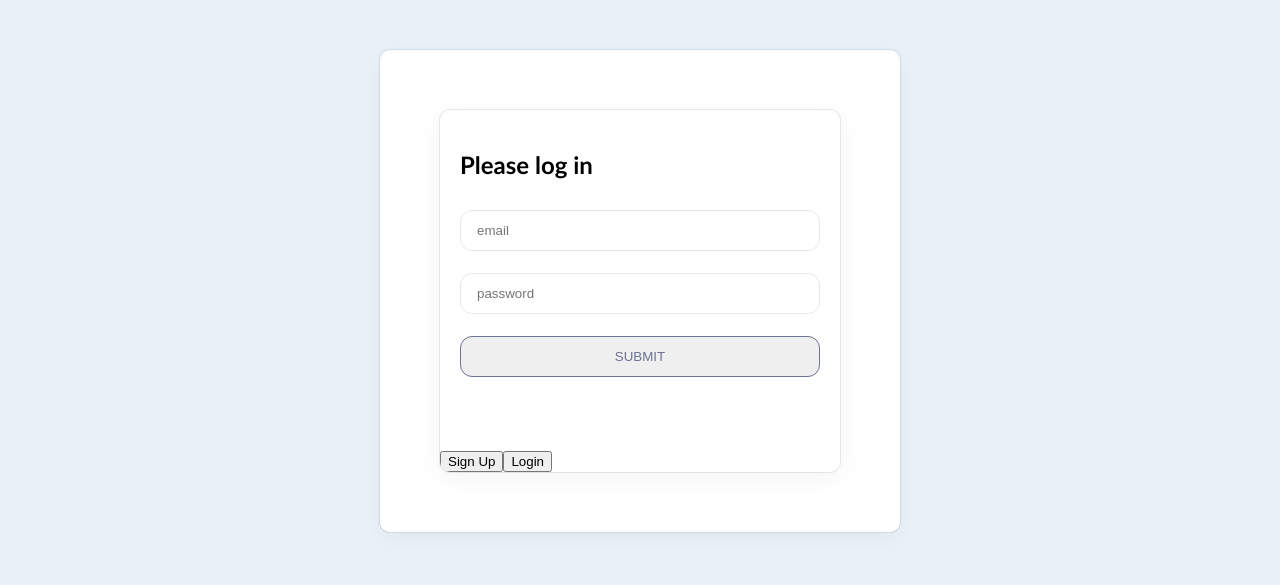
Repository: mosesvk/_todo
Page: / (app in client/)
An editor plug-in stored every save of this project. The page is shown before and after the next save, followed by the edit.
The browser window is 1280 px wide. The pictures show the whole page.
The project was rebuilt for these pictures with package versions that can differ from the ones it lists, and the page was loaded fresh each time. Also part of the build but not shown: client/vite.config.js, client/src/components/Modal.jsx, client/src/components/ListHeader.jsx, client/src/components/ProgressBar.jsx, client/src/components/ListItem.jsx. Imported but missing from the stored project, and not drawn on this page: client/src/components/TickIcon.

Above is the page before, as saved 2023-05-06 17:38:04.

After the next save:
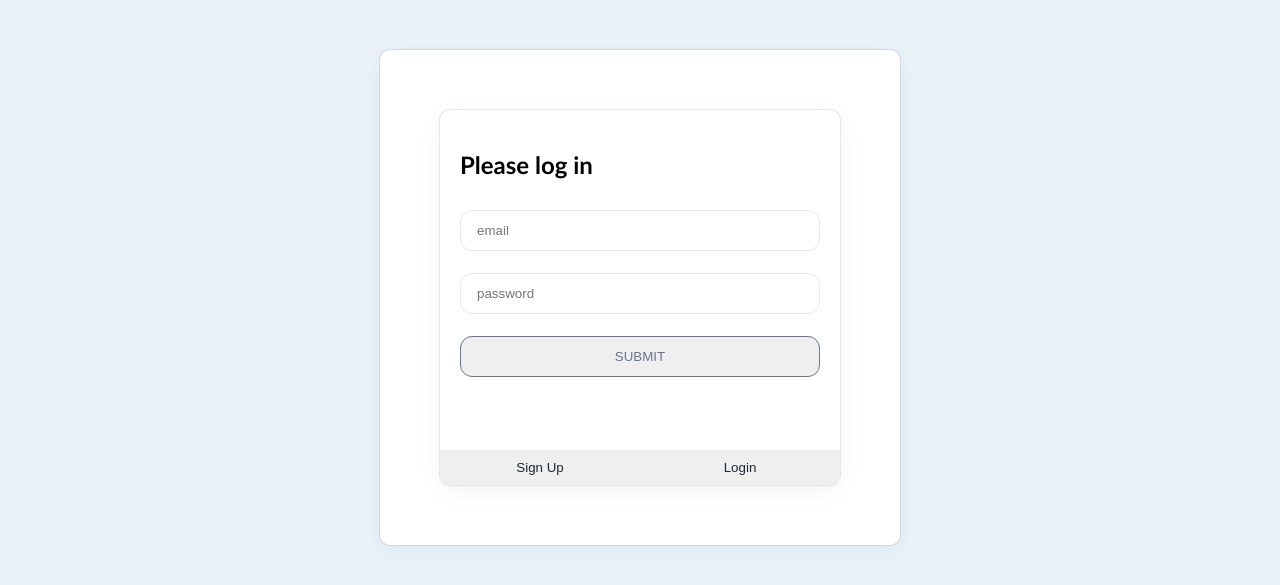
Saved 64 s later.
--- a/client/src/index.css
+++ b/client/src/index.css
@@ -195,3 +195,14 @@ input {
     height: 300px;
     padding: 20px;
 }
+
+.auth-options {
+    display: flex;
+}
+
+.auth-options button {
+    width: 50%;
+    border: none;
+    padding: 10px;
+    color: rgb(35, 38, 47)
+}
